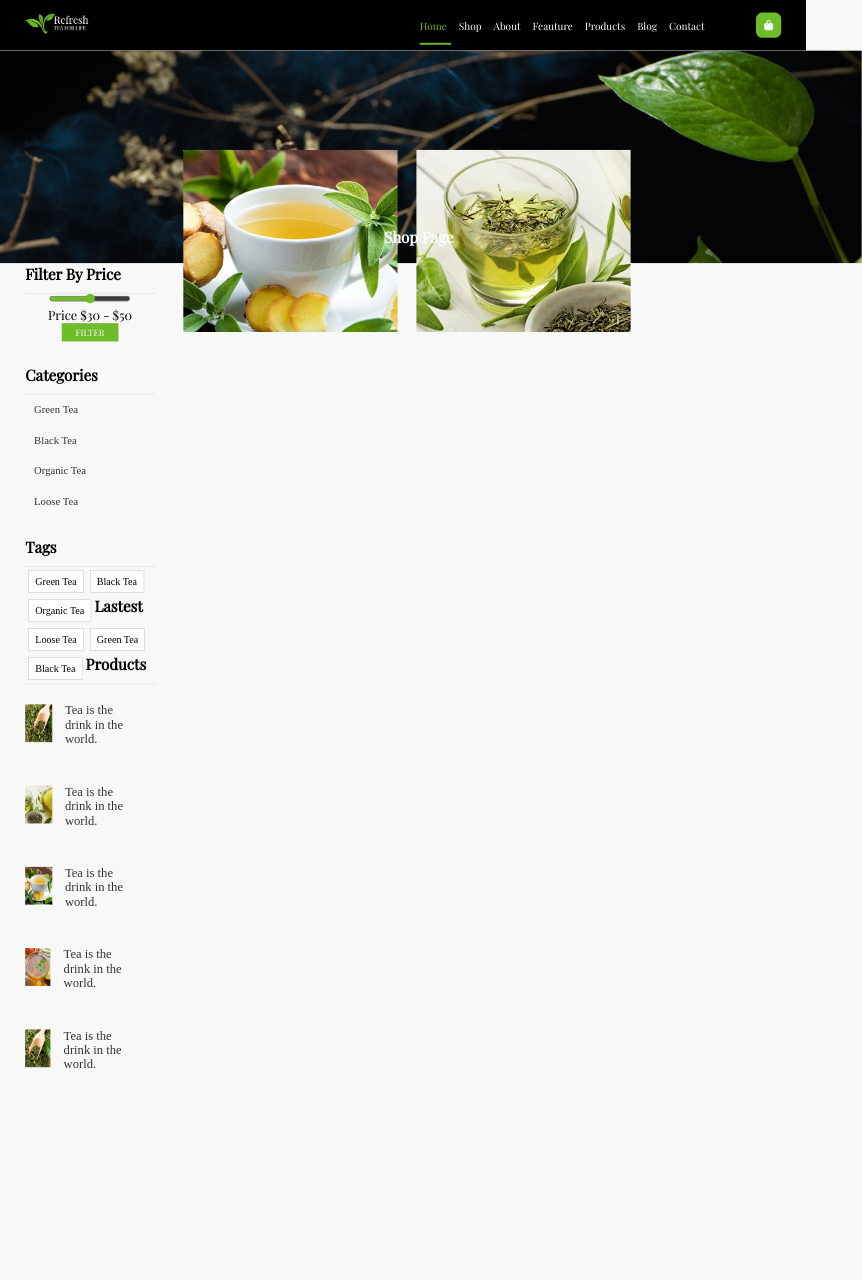
Repository: 52hzwhaleblue/school_teashop
Page: shop.html
An editor plug-in stored every save of this project. The page is shown before and after the next save, followed by the edit.
The browser window is 1280 px wide. The page is 1368 px wide, so the pictures cover 1368 px, including what lies to the right of the window. The pictures show the whole page, at 63% of full size.
Some web libraries are served in a nearby version.

Above is the page before, as saved 2022-05-05 21:06:11.

After the next save:
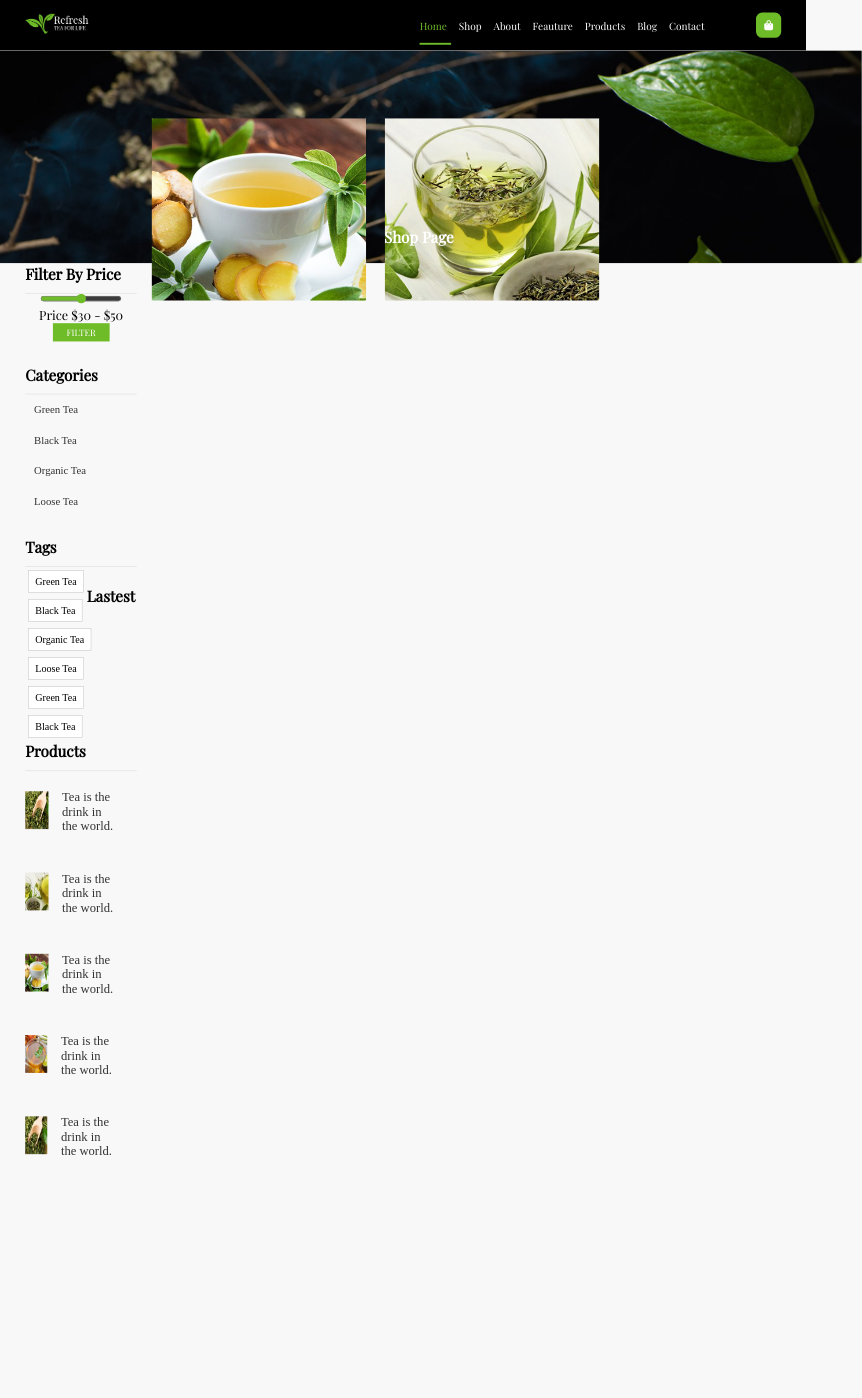
Saved 8 s later.
--- a/style.css
+++ b/style.css
@@ -736,7 +736,7 @@ ul{
     flex-wrap: wrap;
     justify-content: space-around;
     padding: 120px;
-    margin: -300px;
+    margin: -350px;
 }
 .shop {
     flex-basis: 25%;
